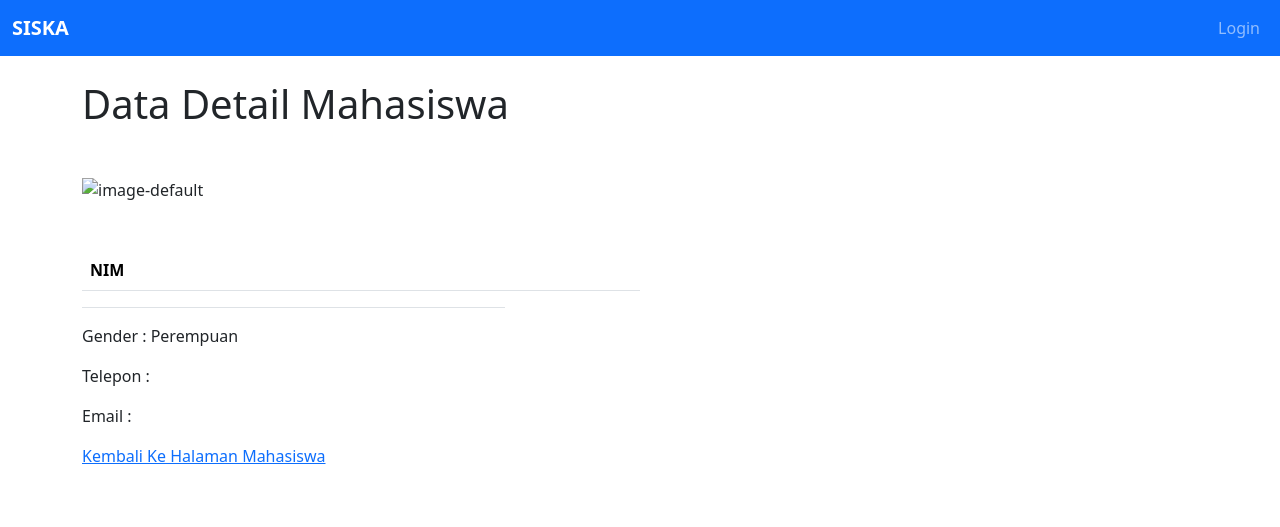
Repository: WiraAtma/administrasi-kampus
Page: resources/views/mahasiswa-detail.blade.php
The author's editor kept a copy of each file at every save. The page is drawn from the files as they stood at one save, then again after the next save.
The browser window is 1280 px wide. The pictures show the whole page.
The page is served by the project's Laravel application, run on PHP 8.4 with Laravel 12. The template is opened directly, without the code that normally fills it, so the values that code supplies are empty.

Above is the page before, as saved 2024-10-26 16:07:35.

After the next save:
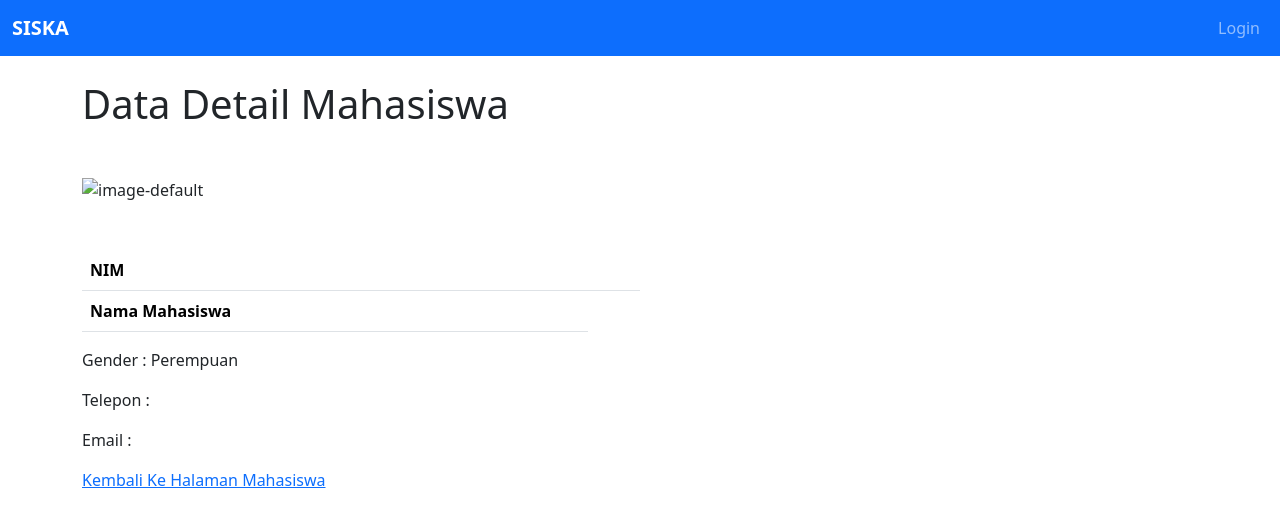
Saved 4 s later.
--- a/resources/views/mahasiswa-detail.blade.php
+++ b/resources/views/mahasiswa-detail.blade.php
@@ -19,7 +19,7 @@
                 <td>{{ $mahasiswa->nim }}</td>
             </tr>
             <tr>
-                <th></th>
+                <th>Nama Mahasiswa</th>
             </tr>
         </table>
         {{-- <p>NIM : </p>
